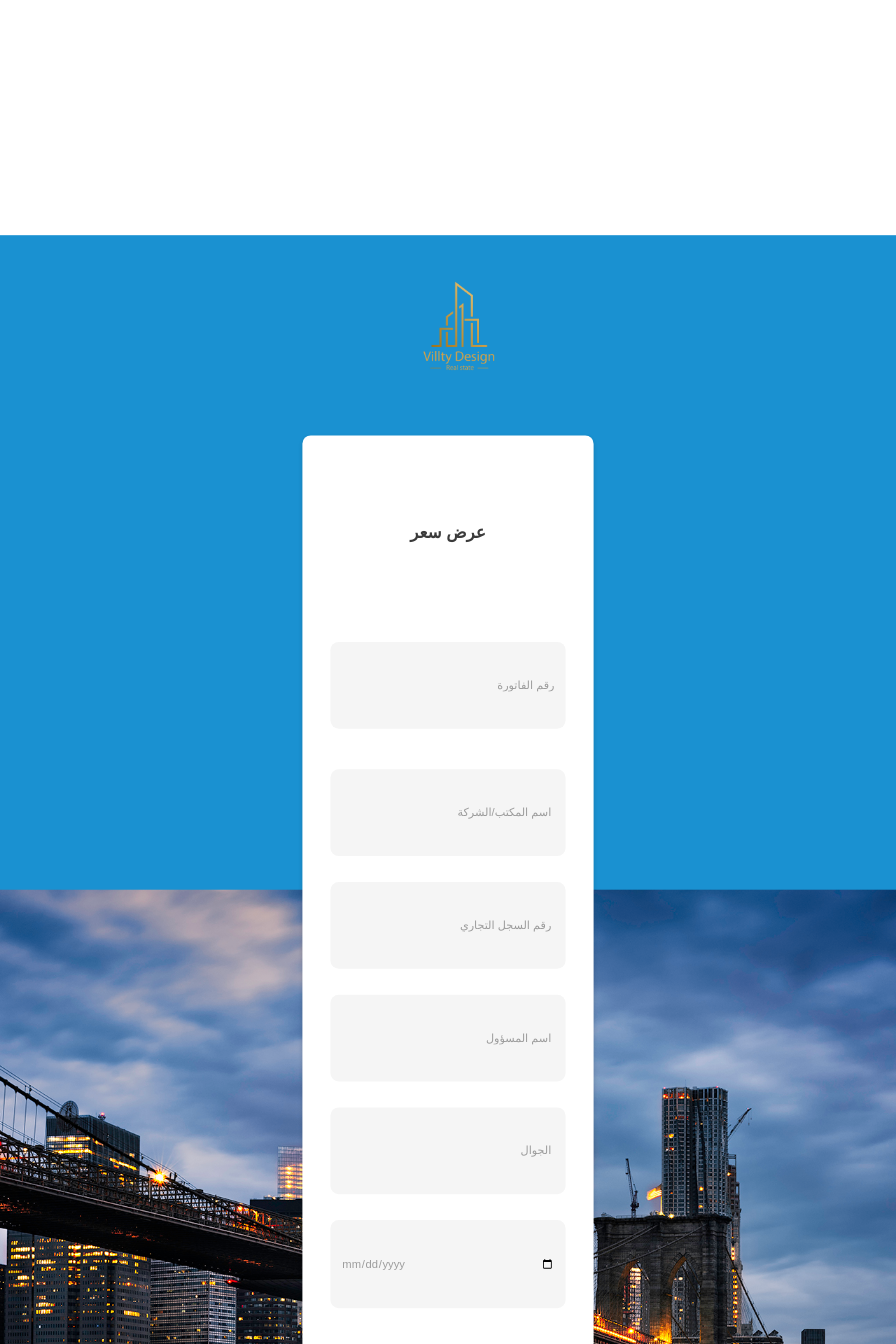
Repository: freejob985/shohragroup_form
Page: http://localhost/
These files come from the project's save history. The page is drawn as it stood at one moment and after the next save; the edit follows.
The browser window is 1280 px wide. The pictures show the part of the page from y = 0 to 1920 px (the page is 3525 px tall before and 1210 px after), at 70% of full size.
Some web fonts or font styles are not loaded; a fallback is used. The page is run by PHP 8.4 with error messages shown; the project is at /var/www/html/.

Above is the page before, as saved 2020-11-21 13:31:53.

### index.php

<?php
echo"<pre>";
//print_r($_POST);
if (isset($_POST['sub'])):
if ($_POST['sub']):
    $Bill = filter_var($_POST['Bill'], FILTER_SANITIZE_STRING);
    $Office = filter_var($_POST['Office'], FILTER_SANITIZE_STRING);
    $Registry = filter_var($_POST['Registry'], FILTER_SANITIZE_STRING);
    $Administrator = filter_var($_POST['Administrator'], FILTER_SANITIZE_STRING);
    $mobile = filter_var($_POST['mobile'], FILTER_SANITIZE_STRING);
    $Date = filter_var($_POST['Date'], FILTER_SANITIZE_STRING);
    $Company = filter_var($_POST['Company'], FILTER_SANITIZE_STRING);
    $price = filter_var($_POST['price'], FILTER_SANITIZE_STRING);
    $Includes = filter_var($_POST['Includes'], FILTER_SANITIZE_STRING);

    if (empty($Bill) || empty($Office) || empty($Registry) || empty($Administrator) || empty($mobile) || empty($Company) || empty($price)) {
        $msg_suc = "  <div class='alert alert-success alert-dismissible'><strong>!</strong> من فضلك راجع بيانات النموذج.</div>";
    } else {

        $body = "
<h1 style=' font-size: 50px; font-family: tahoma; color: #2cd9ee; text-align: left; text-transform: uppercase;  '>
Contact Us
</h1>
<table style='background: #fafafa;font-family: tahoma;font-size: 12px;line-height: 51px;border: 1px ridge;padding: 0.5%;width: 100%;direction: rtl;text-align: center;/* box-shadow: -1px 4px #626262; */'>
             <tr>
<td style=' width: 100px; text-transform: uppercase; padding: 1%; border: 1px solid #ffffff; font-family: tahoma; '>الاسم</td>
<td style=' border: 1px solid #ffffff;  font-family: tahoma;'>$Bill </td>
    </tr>             <tr>
<td style=' width: 100px; text-transform: uppercase; padding: 1%; border: 1px solid #ffffff; font-family: tahoma; '>الموبيل</td>
<td style=' border: 1px solid #ffffff;  font-family: tahoma;'>$Office </td>
    </tr>             <tr>
<td style=' width: 100px; text-transform: uppercase; padding: 1%; border: 1px solid #ffffff; font-family: tahoma; '>البريد الالكتروني</td>
<td style=' border: 1px solid #ffffff;  font-family: tahoma;'>$Registry </td>
    </tr>             <tr>
<td style=' width: 100px; text-transform: uppercase; padding: 1%; border: 1px solid #ffffff; font-family: tahoma; '>الخدمة</td>
<td style=' border: 1px solid #ffffff;  font-family: tahoma;'>$Administrator</td>
    </tr>
    <tr>
<td style=' width: 100px; text-transform: uppercase; padding: 1%; border: 1px solid #ffffff; font-family: tahoma; '>التاريخ</td>
<td style=' border: 1px solid #ffffff;  font-family: tahoma;'>$mobile </td>
    </tr>
        <tr>
<td style=' width: 100px; text-transform: uppercase; padding: 1%; border: 1px solid #ffffff; font-family: tahoma; '>الوقت</td>
<td style=' border: 1px solid #ffffff;  font-family: tahoma;'>$Date </td>
    </tr>
        <tr>
<td style=' width: 100px; text-transform: uppercase; padding: 1%; border: 1px solid #ffffff; font-family: tahoma; '>الرسالة</td>
<td style=' border: 1px solid #ffffff;  font-family: tahoma;'>$Company </td>
    </tr>

    <tr>
    <td style=' width: 100px; text-transform: uppercase; padding: 1%; border: 1px solid #ffffff; font-family: tahoma; '>الرسالة</td>
    <td style=' border: 1px solid #ffffff;  font-family: tahoma;'>$price </td>
        </tr>
        <tr>
        <td style=' width: 100px; text-transform: uppercase; padding: 1%; border: 1px solid #ffffff; font-family: tahoma; '>الرسالة</td>
        <td style=' border: 1px solid #ffffff;  font-family: tahoma;'>$Includes </td>
            </tr>



    </table>";
        $to = "mr.bean.mg22@gmail.com";
        $from = $name;
        $headers .= "Content-type: text/html\r\n";
        $headers = "MIME-Version: 1.0" . "\r\n";
        $headers .= "Content-type: text/html; charset=UTF-8" . "\r\n";
        $headers .= "From: successive.testing@gmail.com" . "\r\n" .
                "Reply-To: successive.testing@gmail.com" . "\r\n" .
                "X-Mailer: PHP/" . phpversion();
        mail($to, "التواصل", $body, $headers);
        $msg_suc = "  <div class='alert alert-success alert-dismissible'><strong></strong>تم ارسال البريد الالتكروني</div>";
    }
endif;
endif;
?>
<!doctype html>
<html lang="en">
<head>
    <meta charset="utf-8">
    <meta name="viewport" content="width=device-width, initial-scale=1, shrink-to-fit=no">
    <meta name="description" content="Authentication forms">
    <meta name="author" content="Arasari Studio">
    <title>villtydesign</title>
    <link href="css/bootstrap.min.css" rel="stylesheet">
    <link href="css/common.css" rel="stylesheet">
<link href="css/theme-02.css" rel="stylesheet">
 <link href="https://fonts.googleapis.com/css2?family=Tajawal:wght@300&display=swap" rel="stylesheet">
      <style>
@import    url('https://fonts.googleapis.com/css2?family=Tajawal:wght@300&display=swap');
@import    url('https://fonts.googleapis.com/css2?family=Tajawal:wght@300;500&display=swap');
body,h1,h2,h3,h4,h5,h6,p,a,input,span,label{   font-family: 'Tajawal', sans-serif !important;
}
</style>
</head>
<body>
    <div class="forny-container">
<div class="forny-inner">
    <div class="mb-6 text-center forny-logo">
        <img src="img/logo.png" style="width:120px;">
    </div>
    <div class="forny-form">
        <div class="text-center">
            <h4>عرض سعر</h4>
        </div>
        <form action="index.php" method="POST">
    <div class="form-group">
        <div class="input-group">
    <input required  class="form-control" name="Bill" type="text"
    placeholder="رقم الفاتورة">
        </div>
    </div>
    <div class="form-group password-field">
        <div class="input-group">
    <input required  class="form-control" name="Office" type="text"
    placeholder=" اسم المكتب/الشركة">
        </div>
    </div>
<div class="form-group password-field">
        <div class="input-group">
    <input required  class="form-control" name="Registry" type="text"
    placeholder=" رقم السجل التجاري">
        </div>
    </div>
<div class="form-group password-field">
        <div class="input-group">
    <input required  class="form-control" name="Administrator" type="text"
    placeholder=" اسم المسؤول">
        </div>
    </div>
<div class="form-group password-field">
        <div class="input-group">
    <input required  class="form-control" name="mobile" type="number"
    placeholder=" الجوال">
        </div>
    </div>
<div class="form-group password-field">
        <div class="input-group">
    <input required  class="form-control" name="mobile" type="date"
    placeholder=" التاريخ">
        </div>
    </div>
	<div class="form-group password-field">
        <div class="input-group">
    <input required  class="form-control" name="Company" type="text"
    placeholder=" مدينة مقر المكتب/الشركة">
        </div>
    </div>
	<div class="form-group password-field">
        <div class="input-group">
    <input required  class="form-control" name="price" type="number"
    placeholder=" عرض السعر">
        </div>
    </div>
	         <label style="text-align:right;float:right;">السعر يشتمل على الأعمال التالية</label>
    </br>
    </br>
 <textarea style="width:100%;background:#fafafa;height:100px;" name="Includes"></textarea>
            <div class="row mt-6 mb-6">
                <div class="col-12 d-flex align-items-center">
    <div class="custom-control custom-checkbox">
        <input type="checkbox" class="custom-control-input" id="cb1">
        <label class="custom-control-label" for="cb1">أقر بأن جميع البيانات صحيحة
        </label>
    </div>
                </div>
            </div>
            <div>
                <button type="sub" class="btn btn-primary btn-block">أرسال</button>
            </div>
            <div class="text-center">
			</br>
<img src="img/ImageNoCr.png" />
            </div>
            <div class="text-center mt-10">
                <a href="https://maroof.sa/165110">صفحة منصة فيلتي للتصميم في موقع معروف التابع لوزارة التجارة
</a>
            </div>
        </form>
    </div>
</div>
    </div>
    <script src="js/jquery.min.js"></script>
    <script src="js/bootstrap.min.js"></script>
    <script src="js/main.js"></script>
    <script src="js/demo.js"></script>
</body>
</html>

### css/common.css
:root {
    --forny-p1: 0.25rem; /* 4px */
    --forny-p2: 0.5rem; /* 8px */
    --forny-p3: 0.75rem; /* 12px */
    --forny-p4: 1rem; /* 16px */
    --forny-p5: 1.25rem; /* 20px */
    --forny-p6: 1.5rem; /* 24px */
    --forny-p8: 2rem; /* 32px */
    --forny-p10: 2.5rem; /* 40px */
    --forny-text-xs: 0.75rem; /* 12px */
    --forny-text-sm: 0.875rem; /* 12px */
    --forny-text-md: 1rem; /* 16px */
    --forny-form-width: 26rem;
    --forny-color-facebook: hsla(221, 40%, 47%, 1);
    --forny-color-google: hsla(4, 69%, 53%, 1);
    --forny-color-twitter: hsla(195, 100%, 60%, 1);
    --forny-form-control-border: 1px solid red;
    --forny-form-control-padding: 4px;
    --forny-shadow-color: black;
    --forny-shadow: 0 3px 6px var(--forny-shadow-color);

    --forny-red-100: hsla(0, 100%, 94%, 1);
    --forny-red-500: hsla(4, 69%, 53%, 1);

    --forny-danger-100: hsla(0, 100%, 94%, 1);
    --forny-danger-500: hsla(4, 69%, 53%, 1);

    --forny-color-success-100: hsla(152, 68%, 96%, 1);
    --forny-color-text: black;
    --forny-color-header: var(--forny-color-text);

    --forny-color-accent-500: red;
}

.forny-container .text-xs {
    font-size: 0.75rem;
    font-size: var(--forny-text-xs);
}

.forny-container .text-sm {
    font-size: 0.875rem;
    font-size: var(--forny-text-sm);
}

.forny-container .text-md {
    font-size: 1rem;
    font-size: var(--forny-text-md);
}

.forny-container .cursor-pointer {
    cursor: pointer;
}

.forny-container .pt-1 {
    padding-top: 0.25rem !important;
    padding-top: var(--forny-p1) !important;
}
.forny-container .pt-2 {
    padding-top: 0.5rem !important;
    padding-top: var(--forny-p2) !important;
}
.forny-container .pt-4 {
    padding-top: 1rem !important;
    padding-top: var(--forny-p4) !important;
}
.forny-container .pt-10 {
    padding-top: 2.5rem !important;
    padding-top: var(--forny-p10) !important;
}

.forny-container .pb-1 {
    padding-bottom: 0.25rem !important;
    padding-bottom: var(--forny-p1) !important;
}
.forny-container .pb-2 {
    padding-bottom: 0.5rem !important;
    padding-bottom: var(--forny-p2) !important;
}
.forny-container .pb-4 {
    padding-bottom: 1rem !important;
    padding-bottom: var(--forny-p4) !important;
}
.forny-container .pb-10 {
    padding-bottom: 2.5rem !important;
    padding-bottom: var(--forny-p10) !important;
}

.forny-container .mr-1 {
    margin-right: 0.25rem !important;
    margin-right: var(--forny-p1) !important;
}
.forny-container .mr-2 {
    margin-right: 0.5rem !important;
    margin-right: var(--forny-p2) !important;
}
.forny-container .mr-4 {
    margin-right: 1rem !important;
    margin-right: var(--forny-p4) !important;
}
.forny-container .mr-6 {
    margin-right: 1.5rem !important;
    margin-right: var(--forny-p6) !important;
}
.forny-container .mr-10 {
    margin-right: 2.5rem !important;
    margin-right: var(--forny-p10) !important;
}

.forny-container .mb-1 {
    margin-bottom: 0.25rem !important;
    margin-bottom: var(--forny-p1) !important;
}
.forny-container .mb-2 {
    margin-bottom: 0.5rem !important;
    margin-bottom: var(--forny-p2) !important;
}
.forny-container .mb-4 {
    margin-bottom: 1rem !important;
    margin-bottom: var(--forny-p4) !important;
}
.forny-container .mb-5 {
    margin-bottom: 1.25rem !important;
    margin-bottom: var(--forny-p5) !important;
}
.forny-container .mb-6 {
    margin-bottom: 1.5rem !important;
    margin-bottom: var(--forny-p6) !important;
}
.forny-container .mb-8 {
    margin-bottom: 2rem !important;
    margin-bottom: var(--forny-p8) !important;
}
.forny-container .mb-10 {
    margin-bottom: 2.5rem !important;
    margin-bottom: var(--forny-p10) !important;
}

.forny-container .mt-1 {
    margin-top: 0.25rem !important;
    margin-top: var(--forny-p1) !important;
}
.forny-container .mt-2 {
    margin-top: 0.5rem !important;
    margin-top: var(--forny-p2) !important;
}
.forny-container .mt-4 {
    margin-top: 1rem !important;
    margin-top: var(--forny-p4) !important;
}
.forny-container .mt-5 {
    margin-top: 1.25rem !important;
    margin-top: var(--forny-p5) !important;
}
.forny-container .mt-6 {
    margin-top: 1.5rem !important;
    margin-top: var(--forny-p6) !important;
}
.forny-container .mt-10 {
    margin-top: 2.5rem !important;
    margin-top: var(--forny-p10) !important;
}

.forny-container .border-r-0 {
    border-right-width: 0 !important;
}

.forny-container .btn-social {
    color: white;
    border: 0;
}

.forny-container .btn-flat {
    padding: 0 !important;
}

.forny-container .btn-facebook {
    background: hsla(221, 40%, 47%, 1);
    background: var(--forny-color-facebook);
}
.forny-container .btn-facebook:hover {
    background: hsla(221, 40%, 40%, 1);
}

.forny-container .btn-google {
    background: hsla(4, 69%, 53%, 1);
    background: var(--forny-color-google);
}
.forny-container .btn-google:hover {
    background: hsla(4, 59%, 47%, 1);
}

.forny-container .btn-twitter {
    background: hsla(195, 100%, 60%, 1);
    background: var(--forny-color-twitter);
}
.forny-container .btn-twitter:hover {
    background: hsla(195, 78%, 54%, 1);
}

.forny-form .btn.btn-primary {
    border: 0;
    background-color: red;
    background-color: var(--forny-color-accent-500);
}

.forny-form .btn.btn-primary:hover {
    background-color: var(--forny-color-accent-700);
}

.forny-container .text-facebook {
    color: hsla(221, 40%, 47%, 1);
    color: var(--forny-color-facebook);
}

.forny-container .text-google {
    color: hsla(4, 69%, 53%, 1);
    color: var(--forny-color-google);
}

.forny-container .text-twitter {
    color: hsla(195, 100%, 60%, 1);
    color: var(--forny-color-twitter);
}

.forny-container {
    display: flex;
    flex-direction: column;
    align-items: center;
    justify-content: center;
    min-height: 100vh;
    font-family: var(--forny-font-family);
    color: black;
    color: var(--forny-color-text);
}

.forny-container a {
    color: var(--forny-link-color);
}

.forny-form {
    margin: 0 auto;
}

.forny-form h4 {
    color: black;
    color: var(--forny-color-header);
    font-weight: 700;
    margin-bottom: 1rem;
    margin-bottom: var(--forny-p4);
}

.forny-form .forny-logo {
    text-align: center;
    margin-bottom: 2.5rem;
    margin-bottom: var(--forny-p10);
}

.forny-form .form-control {
    height: auto;
    border: 1px solid red;
    border: var(--forny-form-control-border);
    padding: 4px;
    padding: var(--forny-form-control-padding);
    border-radius: var(--forny-form-control-radius);
    box-shadow: none;
    -webkit-appearance: none;
       -moz-appearance: none;
            appearance: none;
}

.forny-form .input-group-prepend .input-group-text,
.forny-form .input-group-append .input-group-text {
    border: 1px solid red;
    border: var(--forny-form-control-border);
    padding: 4px;
    padding: var(--forny-form-control-padding);
    border-radius: var(--forny-form-control-radius);
    text-align: center;
    display: inline-block;
    min-width: 48px;
}

.forny-form .input-group-prepend .input-group-text svg,
.forny-form .input-group-append .input-group-text svg {
    fill: currentColor;
}

.forny-form .input-group .input-group-prepend + .form-control {
    border-left: 0 !important;
    padding-left: 0.25rem;
    padding-left: var(--forny-p1);
}

.forny-form .input-group .input-group-append + .form-control {
    border-right: 0;
    padding-right: 0.25rem;
    padding-right: var(--forny-p1);
}

.forny-container .alert-danger {
    background-color: hsla(0, 100%, 94%, 1);
    background-color: var(--forny-danger-100);
    color: hsla(4, 69%, 53%, 1);
    color: var(--forny-danger-500);
}

.forny-container .has-error .form-control,
.forny-container .has-error .input-group-append .input-group-text,
.forny-container .has-error .input-group-prepend .input-group-text {
    border-color: hsla(4, 69%, 53%, 1);
    border-color: var(--forny-danger-500);
    outline-color: hsla(4, 69%, 53%, 1);
    outline-color: var(--forny-danger-500);
    box-shadow: none;
}

.forny-container .has-error .form-control,
.forny-container .has-error .input-group-prepend .input-group-text {
    color: hsla(4, 69%, 53%, 1);
    color: var(--forny-danger-500);
}

.forny-inner {
    /* min-height: 100vh; */
    display: flex;
    flex-direction: column;
}

.forny-form {
    margin: auto;
}

@media (min-width: 768px) {
    .forny-inner {
        height: auto;
        width: 26rem;
        width: var(--forny-form-width);
    }

    .forny-form {
        width: 26rem;
        width: var(--forny-form-width);
    }
}

.forny-container .has-error {
    background: hsla(0, 100%, 94%, 1);
    background: var(--forny-danger-100);
}

.forny-container .has-error .form-control::-webkit-input-placeholder {
    color: hsla(4, 69%, 53%, 1);
    color: var(--forny-danger-500);
}

.forny-container .has-error .form-control::-moz-placeholder {
    color: hsla(4, 69%, 53%, 1);
    color: var(--forny-danger-500);
}

.forny-container .has-error .form-control:-ms-input-placeholder {
    color: hsla(4, 69%, 53%, 1);
    color: var(--forny-danger-500);
}

.forny-container .has-error .form-control::-ms-input-placeholder {
    color: hsla(4, 69%, 53%, 1);
    color: var(--forny-danger-500);
}

.forny-container .has-error .form-control::placeholder {
    color: hsla(4, 69%, 53%, 1);
    color: var(--forny-danger-500);
}

.forny-container .has-error .form-control,
.forny-container .has-error .input-group-text,
.forny-container .has-error input:-webkit-autofill,
.forny-container .has-error input:-webkit-autofill:hover,
.forny-container .has-error input:-webkit-autofill:focus,
.forny-container .has-error input:-webkit-autofill:active {
    box-shadow: 0 0 0 30px hsla(0, 100%, 94%, 1) inset !important;
    box-shadow: 0 0 0 30px var(--forny-danger-100) inset !important;
    border-color: hsla(4, 69%, 53%, 1);
    border-color: var(--forny-danger-500);
    color: hsla(4, 69%, 53%, 1);
    color: var(--forny-danger-500);
}

.forny-container .is-valid,
.forny-container .is-valid input:-webkit-autofill,
.forny-container .is-valid input:-webkit-autofill:hover,
.forny-container .is-valid input:-webkit-autofill:focus,
.forny-container .is-valid input:-webkit-autofill:active {
    background-color: hsla(152, 68%, 96%, 1);
    background-color: var(--forny-color-success-100);
    box-shadow: 0 0 0 30px hsla(152, 68%, 96%, 1) inset !important;
    box-shadow: 0 0 0 30px var(--forny-color-success-100) inset !important;
}

.forny-form .form-group.focused:not(.has-error) {
    background: white;
    border-color: var(--forny-color-text-100);
}

.forny-form .form-control,
.forny-form .input-group-text {
    color: black;
    color: var(--forny-color-text);
    background: transparent;
}

.forny-form .form-control::-webkit-input-placeholder {
    color: black;
    color: var(--forny-color-text);
}

.forny-form .form-control::-moz-placeholder {
    color: black;
    color: var(--forny-color-text);
}

.forny-form .form-control:-ms-input-placeholder {
    color: black;
    color: var(--forny-color-text);
}

.forny-form .form-control::-ms-input-placeholder {
    color: black;
    color: var(--forny-color-text);
}

.forny-form .form-control::placeholder {
    color: black;
    color: var(--forny-color-text);
}

.forny-container
    .custom-control-input:checked
    ~ .custom-control-label::before {
    border-color: red;
    border-color: var(--forny-color-accent-500);
    background-color: red;
    background-color: var(--forny-color-accent-500);
}

/* INPUT ADDONS */

.forny-form .form-group .input-group-append .input-group-text {
    padding-left: 0.5rem;
    padding-left: var(--forny-p2);
    border-top-left-radius: 0;
    border-bottom-left-radius: 0;
    border-left: 0 !important;
}

.forny-form .form-group .input-group-append .input-group-text:hover {
    color: red;
    color: var(--forny-color-accent-500);
}

.forny-form .input-group-prepend .input-group-text {
    padding-right: 0.5rem;
    padding-right: var(--forny-p2);
    border-top-right-radius: 0;
    border-bottom-right-radius: 0;
    border-right: 0 !important;
}

/* ALERTS */

.forny-container .alert {
    margin-bottom: 1rem;
    margin-bottom: var(--forny-p4);
}

.forny-container .password-field .form-control {
    border-right: 0 !important;
}

.forny-container .btn-icon {
    margin-right: 8px;
}

### css/theme-02.css
:root {
    --forny-form-paddings: 2.5rem;

    --forny-color-accent-500: hsla(201, 78%, 46%, 1);
    --forny-color-accent-700: hsla(202, 82%, 40%, 1);

    --forny-color-gray-100: hsla(0, 0%, 96%, 1);
    --forny-color-gray-300: hsla(0, 0%, 0%, 0.16);
    --forny-color-gray-700: hsla(0, 0%, 61%, 1);
    --forny-color-gray-500: hsla(0, 0%, 69%, 1);
    --forny-color-gray-700: hsla(0, 0%, 61%, 1);
    --forny-color-gray-900: hsla(0, 0%, 23%, 1);

    --forny-font-family: 'Open Sans', sans-serif;
    --forny-color-text: var(--forny-color-gray-700);
    --forny-color-header: var(--forny-color-gray-900);
    --forny-link-color: var(--forny-color-accent-700);

    --forny-form-control-border: none;
    --forny-form-control-padding: var(--forny-p2) var(--forny-p4);
    --forny-form-control-radius: 12px;
    --forny-form-control-background: var(--forny-color-gray-100);
    --forny-shadow-color: var(--forny-color-gray-300);
}

.forny-container {
    background-size: contain;
    font-size: 0.875rem;
    font-size: var(--forny-text-sm);
    display: flex;
    align-items: center;
}

.forny-inner {
    display: block;
    height: auto;
}

.forny-form {direction:rtl;
    padding: 2.5rem;
    padding: var(--forny-form-paddings);
    background: white;
    border-radius: 12px;
}

.forny-logo {
    color: hsla(0, 0%, 61%, 1);
    color: var(--forny-color-gray-700);
}

@media (min-width: 768px) {
    .forny-logo {
        color: white;
    }

    .forny-container {
        background: url('../img/bg.jpg') center center no-repeat
            hsla(201, 78%, 46%, 1);
        background: url('../img/bg.jpg') center center no-repeat
            var(--forny-color-accent-500);
    }
    .forny-form {
        box-shadow: 0 3px 6px hsla(0, 0%, 0%, 0.16);
        box-shadow: var(--forny-shadow);
    }
}

.forny-form a {
    font-size: 0.875rem;
    font-size: var(--forny-text-sm);
}

/* FORMS */

.forny-form .form-group {
    margin-bottom: 1rem;
    margin-bottom: var(--forny-p4);
    background: hsla(0, 0%, 96%, 1);
    background: var(--forny-form-control-background);
    border-radius: 12px;
    border-radius: var(--forny-form-control-radius);
    transition: box-shadow 0.3s;
}

.forny-form .form-group.focused:not(.has-error) {
    background: white;
    box-shadow: 0 1px 4px hsla(0, 0%, 0%, 0.16);
    box-shadow: 0 1px 4px var(--forny-color-gray-300);
}

.forny-form .form-control,
.forny-form .input-group-text {
    color: hsla(0, 0%, 61%, 1);
    color: var(--forny-color-gray-700);
    background: transparent;
}

.forny-form .form-control::-webkit-input-placeholder {
    color: hsla(0, 0%, 61%, 1);
    color: var(--forny-color-gray-700);
}

.forny-form .form-control::-moz-placeholder {
    color: hsla(0, 0%, 61%, 1);
    color: var(--forny-color-gray-700);
}

.forny-form .form-control:-ms-input-placeholder {
    color: hsla(0, 0%, 61%, 1);
    color: var(--forny-color-gray-700);
}

.forny-form .form-control::-ms-input-placeholder {
    color: hsla(0, 0%, 61%, 1);
    color: var(--forny-color-gray-700);
}

.forny-form .form-control::placeholder {
    color: hsla(0, 0%, 61%, 1);
    color: var(--forny-color-gray-700);
}

.forny-container
    .custom-control-input:checked
    ~ .custom-control-label::before {
    border-color: hsla(201, 78%, 46%, 1);
    border-color: var(--forny-color-accent-500);
    background-color: hsla(201, 78%, 46%, 1);
    background-color: var(--forny-color-accent-500);
}

/* BUTTONS */

.forny-form .btn {
    border-radius: 12px;
    border-radius: var(--forny-form-control-radius);
    font-weight: bold;
    padding: 0.5rem 1rem;
    padding: var(--forny-p2) var(--forny-p4);
}

.forny-container .line {
    background: hsla(0, 0%, 69%, 1);
    background: var(--forny-color-gray-500);
    height: 1px;
    margin-top: 12px;
    text-align: center;
}
.forny-container .line span {
    background: #fff;
    padding: 8px;
    position: relative;
    top: -12px;
}

.forny-container .btn-icon.btn-flat {
    width: 32px;
    height: 32px;
}

Loaded but not shown: css/bootstrap.min.css (library); js/jquery.min.js (library); js/bootstrap.min.js (library); js/main.js (75 lines, source omitted); js/demo.js (18 lines, source omitted)

After the next save:
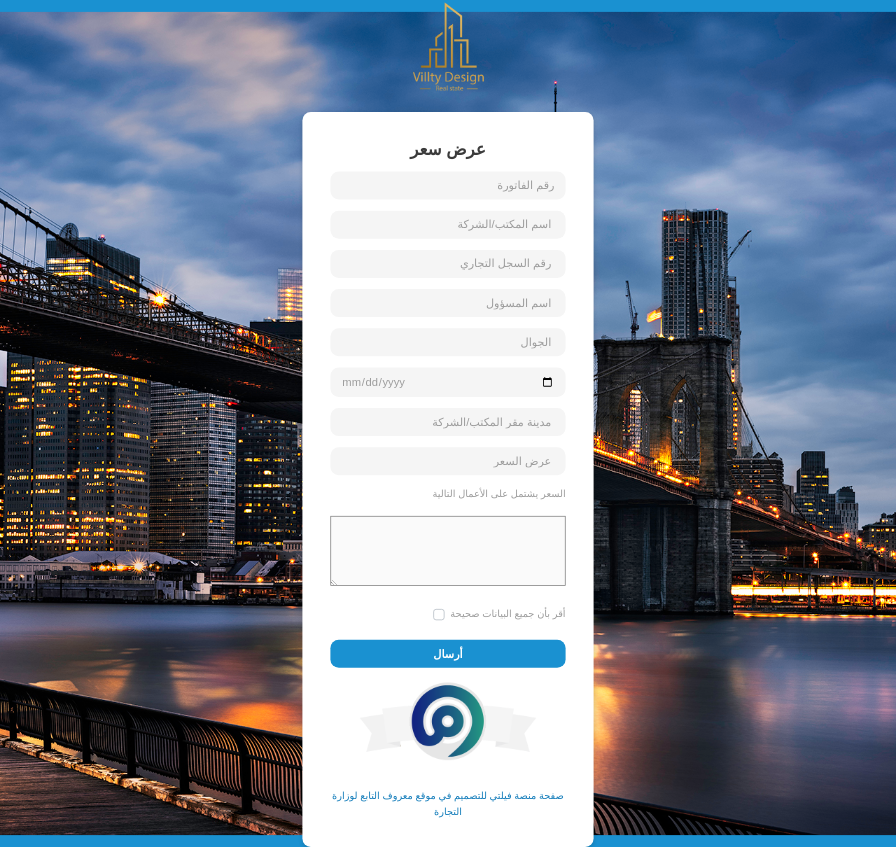
Saved 8 s later.
--- a/index.php
+++ b/index.php
@@ -1,6 +1,6 @@
 
 <?php
-echo"<pre>";
+//echo"<pre>";
 //print_r($_POST);
 if (isset($_POST['sub'])):
 if ($_POST['sub']):
